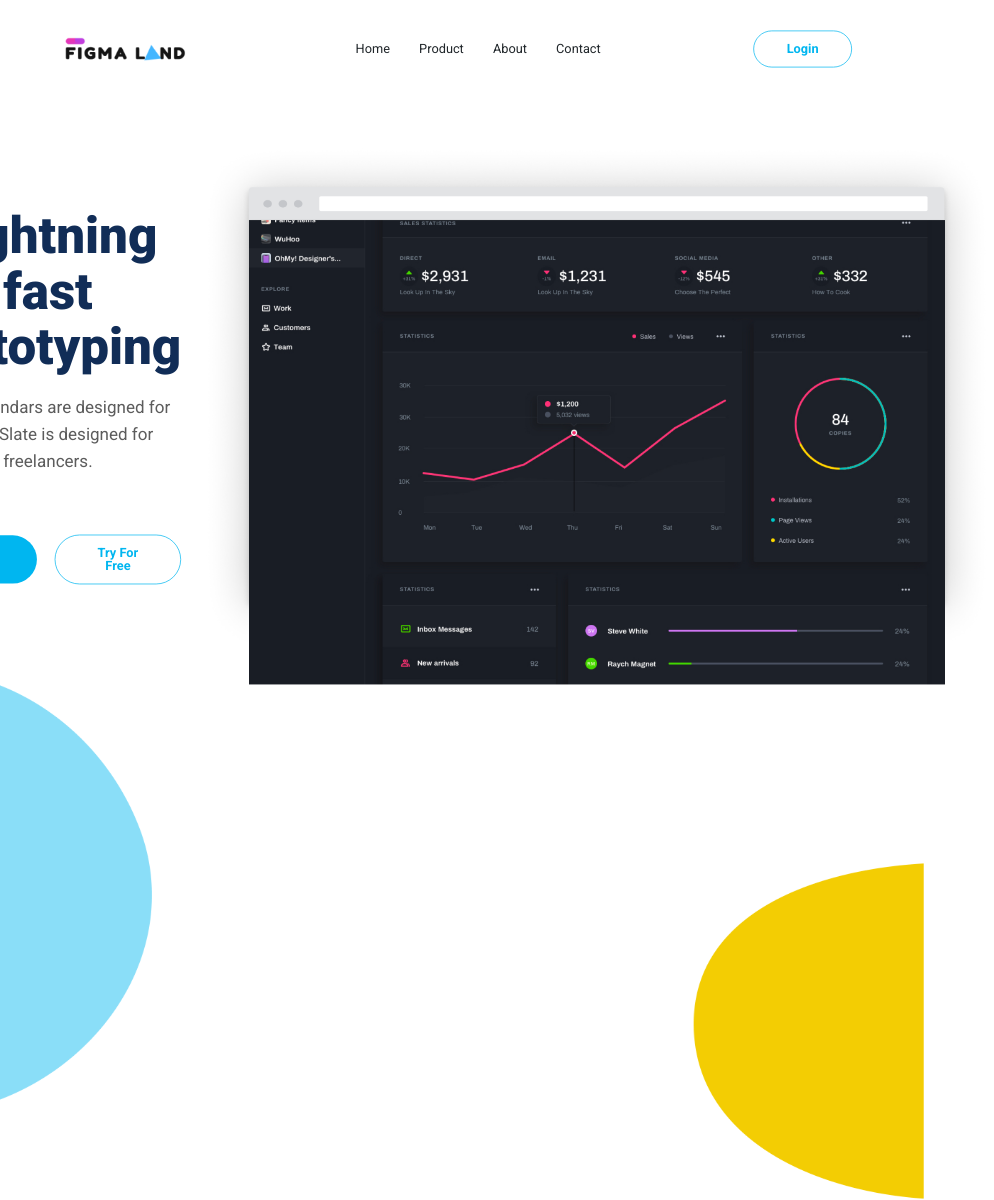
Repository: tungcutte35/Figma-Land
Page: sass/index.html
An editor plug-in stored every save of this project. The page is shown before and after the next save, followed by the edit.
The browser window is 1280 px wide. The page is 1400 px wide, then 1301 px, so the pictures cover 1400 px, including what lies to the right of the window. The pictures show the whole page, at 71% of full size.
The style sheet was rebuilt from its Sass, Less or Tailwind sources for each picture, by a compiler version that may differ from the author's.

Above is the page before, as saved 2021-10-23 16:37:36.

### sass/index.html
<!DOCTYPE html>
<html lang="en">
<head>
  <meta charset="UTF-8">
  <meta http-equiv="X-UA-Compatible" content="IE=edge">
  <meta name="viewport" content="width=device-width, initial-scale=1.0">
  <title>Figma Land</title>
  <link rel="stylesheet" href="./css/app.css">
  <link rel="preconnect" href="https://fonts.googleapis.com">
  <link rel="preconnect" href="https://fonts.gstatic.com" crossorigin>
  <link href="https://fonts.googleapis.com/css2?family=Roboto:wght@400;700;900&display=swap" rel="stylesheet">
</head>
<body>
 <div class="wrapper">
   <header class="header">
    <div class="container">
      <div class="header-container">
        <div class="header-img">
          <a href="#">
            <img srcset="./images/logo.png 2x" alt="">
          </a>
        </div>
        <ul class="menu">
          <li class="menu-item">
            <a href="#" class="menu-link">Home</a>
          </li>
          <li class="menu-item">
            <a href="#" class="menu-link">Product</a>
          </li>
          <li class="menu-item">
            <a href="#" class="menu-link">About</a>
          </li>
          <li class="menu-item">
            <a href="#" class="menu-link">Contact</a>
          </li>
        </ul>
        <div class="header-login">
          <button class="button button--outline">Login</button>
        </div>

      </div>
    </div>
   </header>
   <section class="lightning">
     <div class="container">
       <div class="lightning-container">
         <div class="lightning-header">
           <h2 class="lightning-heading">Lightning fast
            prototyping</h2>
           <p class="text lightning-content">
            Most calendars are designed for teams. Slate is
            designed for freelancers.
           </p>
           <div class="lightning-button">
             <button class="button button--primary">Get Started</button>
             <button class="button button--outline">Try For Free</button>
           </div>
         </div>
         <img srcset="./images/img.png 2x" alt="" class="lightning-img">
         <img srcset="./images/Vector.png 2x" alt="" class="lightning-vector1">
         <img srcset="./images/Vector2.png 2x" alt="" class="lightning-vector2">

       </div>
     </div>
   </section>

 </div>
</body>
</html>

### sass/app.scss
@import "./reset";
@import "./variables";
@import "./global";
@import "./header";
@import "./menu";
@import "./lightning";

### sass/_variables.scss
$font: "Roboto", sans-serif;
$primary-color: #00b6f0;
$heading-color: #20262a;
$text-color: #5c5c5c;
$secondary-color: #112d57;

### sass/_global.scss
.wrapper {
  max-width: 1282px;
  margin: 0 auto;
}
.container {
  max-width: 1160px;
  margin: 0 auto;
  padding: 0 20px;
}
body {
  font-family: $font;
  line-height: 1;
  font-size: 18px;
  color: $heading-color;
}
ul {
  list-style-type: none;
}
.button {
  display: inline-flex;
  justify-content: center;
  align-items: center;
  font-size: 18px;
  font-weight: 700;
  // height: 50px;
  line-height: 1;
  font-family: $font;
  padding: 16px 46px;
  border-radius: 85px;
  background-color: transparent;
  border: 0;
  outline: none;
  cursor: pointer;
  transition-duration: 0.4s;

  &--primary {
    color: #fff;
    background-color: $primary-color;
    &:hover {
      color: $primary-color;
      background-color: transparent;
      border: 1.4px solid $primary-color;
    }
  }
  &--outline {
    color: $primary-color;
    border: 1.4px solid $primary-color;
    &:hover {
      background-color: $primary-color;
      color: white;
    }
  }
}

.heading {
  color: $heading-color;
  font-weight: 700;
  font-size: 56px;
  line-height: calc(65 / 56);
}
.text {
  font-size: 24px;
  font-weight: 450;
  color: $text-color;
  line-height: calc(38 / 24);
}

### sass/_header.scss
.header {
  margin-top: 30px;
  margin-bottom: 91px;

  &-container {
    display: flex;
    justify-content: space-between;
    align-items: center;
  }
}

### sass/_menu.scss
.menu {
  display: flex;

  gap: 0 41px;
  &-item {
    display: flex;
    align-items: center;
    justify-content: center;
  }
  &-link {
    color: inherit;
    &:after {
      display: block;
      content: "";
      border-bottom: solid 2px $primary-color;
      transform: scaleX(0);
      transition: transform 250ms ease-in-out;
    }
    &:hover:after {
      transform: scaleX(1);
    }
    &:hover {
      color: $primary-color;
    }
  }
}

### sass/_lightning.scss
.lightning {
  &-container {
    display: flex;
    align-items: center;
    justify-content: center;
    gap: 0 25px;
    margin: 0 auto;
    position: relative;
  }
  &-header {
    text-align: center;
    max-width: 544px;
  }
  &-heading {
    max-width: 510px;
    font-weight: 900;
    font-size: 72px;
    line-height: calc(78 / 72);
    color: $secondary-color;
    margin-bottom: 27px;
  }
  &-content {
    margin-bottom: 84px;
  }
  &-button {
    display: flex;
    align-items: center;
    justify-content: center;
    gap: 0 25px;
    margin-bottom: 45px;
  }
  &-vector1 {
    position: absolute;
    left: -10%;
    bottom: -80%;
  }
  &-vector2 {
    position: absolute;
    right: -9%;
    bottom: -95%;
  }
}

Loaded but not shown: sass/_reset.scss (common file)

After the next save:
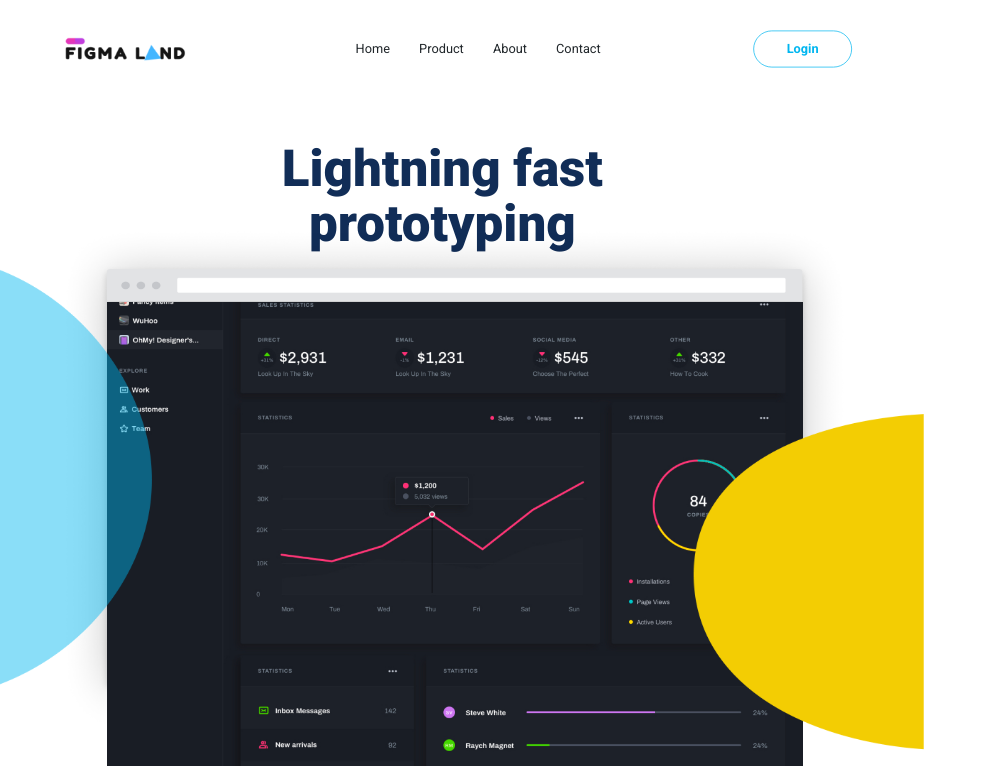
Saved 16 s later.
--- a/sass/_lightning.scss
+++ b/sass/_lightning.scss
@@ -39,4 +39,8 @@
     right: -9%;
     bottom: -95%;
   }
+  &-img {
+    position: absolute;
+    bottom: -100%;
+  }
 }
